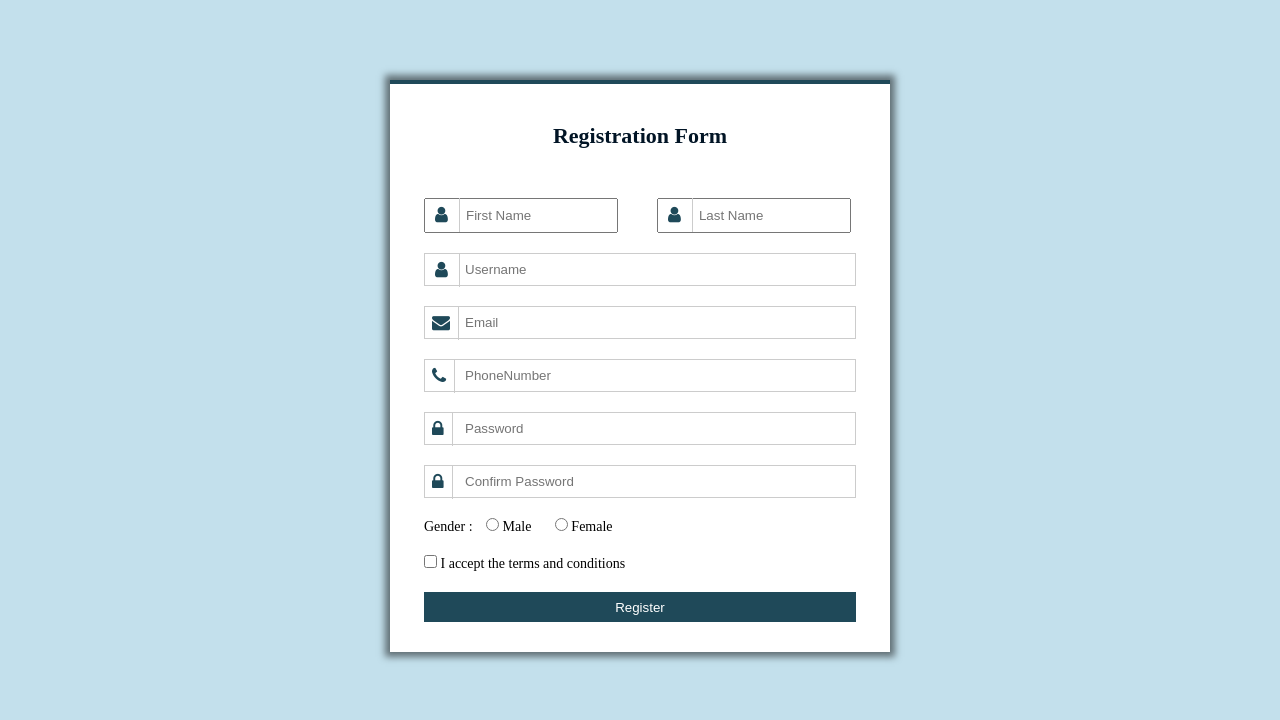
Repository: sampanna17/javabackup
Page: http://localhost/EvoX_CW/pages/register.jsp
An editor plug-in stored every save of this project. The page is shown before and after the next save, followed by the edit.
The browser window is 1280 px wide. The pictures show the whole page.
The page is served by Tomcat 9.

Above is the page before, as saved 2024-05-05 11:46:59.

After the next save:
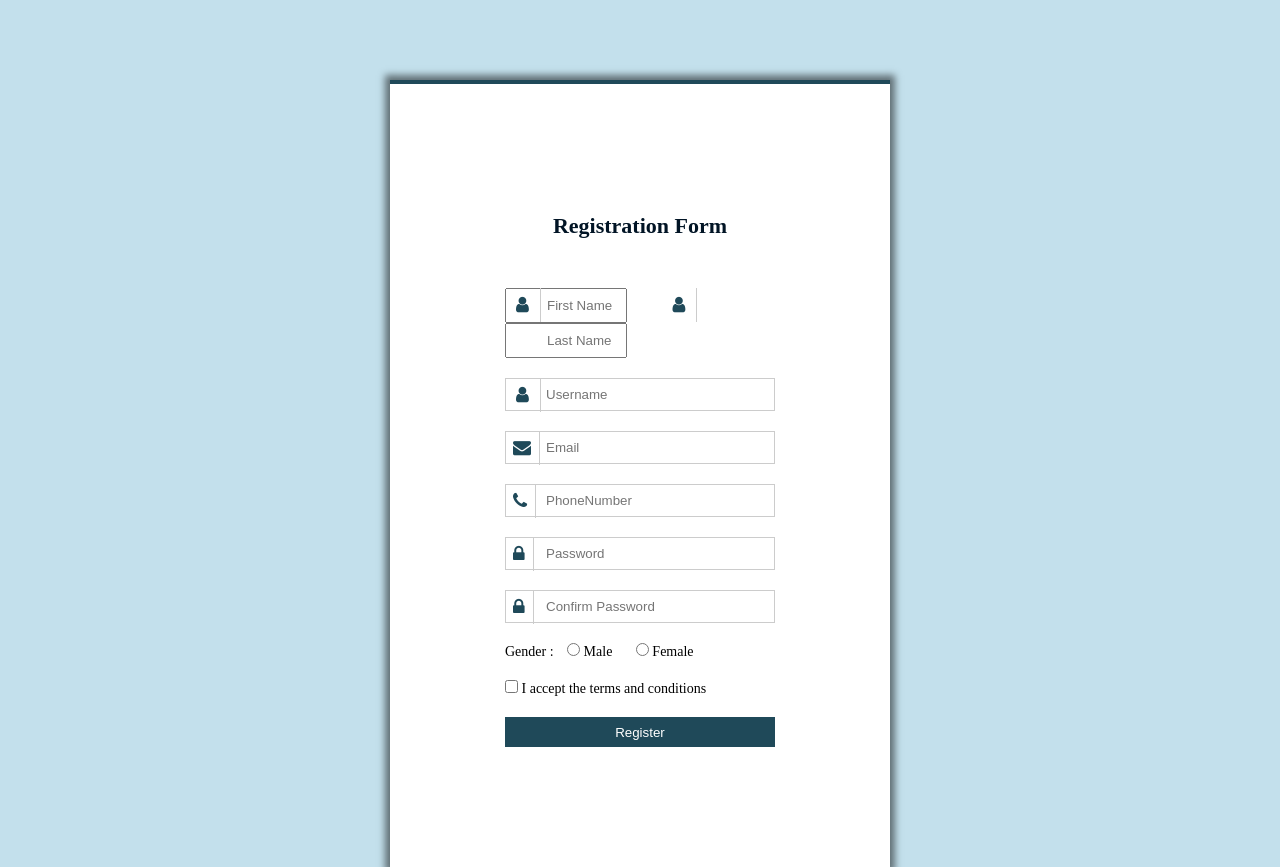
Saved 11 s later.
--- a/EvoX_CW/src/main/webapp/stylesheets/register.css
+++ b/EvoX_CW/src/main/webapp/stylesheets/register.css
@@ -14,7 +14,7 @@ body{
 .container{
     background-color: white;
     width:500px;
-    padding: 10px;
+    padding: 100px;
     margin:80px auto 0;
     border-top: 4px solid#1F4959;
     box-shadow: 0 0 7px 5px rgba(0, 0, 0, 0.5);
